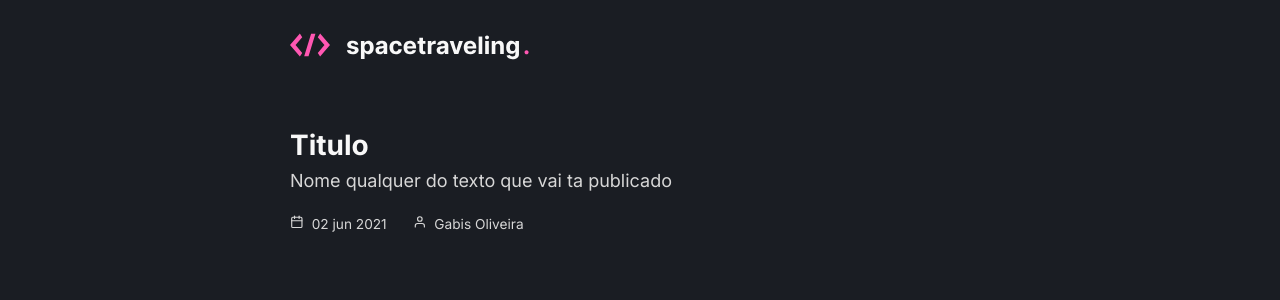
Repository: gabrielarochaf/zeroprojectBlog
Page: /
The author's editor kept a copy of each file at every save. The page is drawn from the files as they stood at one save, then again after the next save.
The browser window is 1280 px wide. The pictures show the whole page.
The project was rebuilt for these pictures with package versions that can differ from the ones it lists, and the page was loaded fresh each time. The framework's server and built-in components were replaced by stand-ins that run in the browser.

Above is the page before, as saved 2021-07-09 14:14:09.

After the next save:
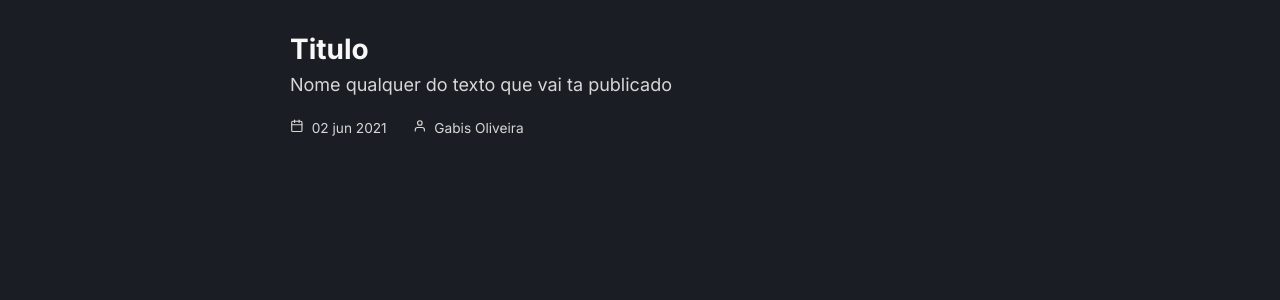
Saved 15 s later.
--- a/src/pages/index.tsx
+++ b/src/pages/index.tsx
@@ -38,7 +38,6 @@ export default function Home(): JSX.Element {
   return (
     <>
       <main className={commonStyles.container}>
-        <Header />
         <div className={styles.posts}>
           <Link href="/">
             <a className={styles.post}>
